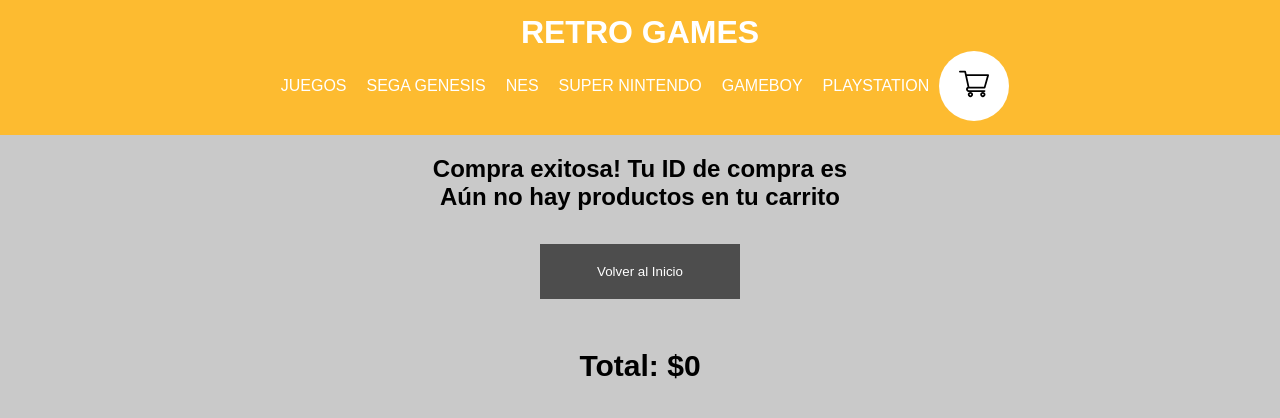
Repository: r-vudama/proyectoEC
Page: /cart
These files come from the project's save history. The page is drawn as it stood at one moment and after a run of saves; the edit follows.
The browser window is 1280 px wide. The pictures show the whole page.
The page's requests for data from a server got no answer. Some web fonts or font styles are not loaded; a fallback is used. The project was rebuilt for these pictures with package versions that can differ from the ones it lists, and the page was loaded fresh each time. No one was signed in, and anything a server would have sent is missing. Also part of the build but not shown: src/components/Item.js, src/components/ItemList.js, src/components/ItemListContainer.js, src/components/ItemCount.js, src/components/ItemDetail.js, src/components/ItemDetailContainer.js, src/components/filter/Sega.js, src/components/filter/Gameboy.js and 3 more.

Above is the page before, as saved 2021-01-23 18:09:10.

After the next 2 saves:
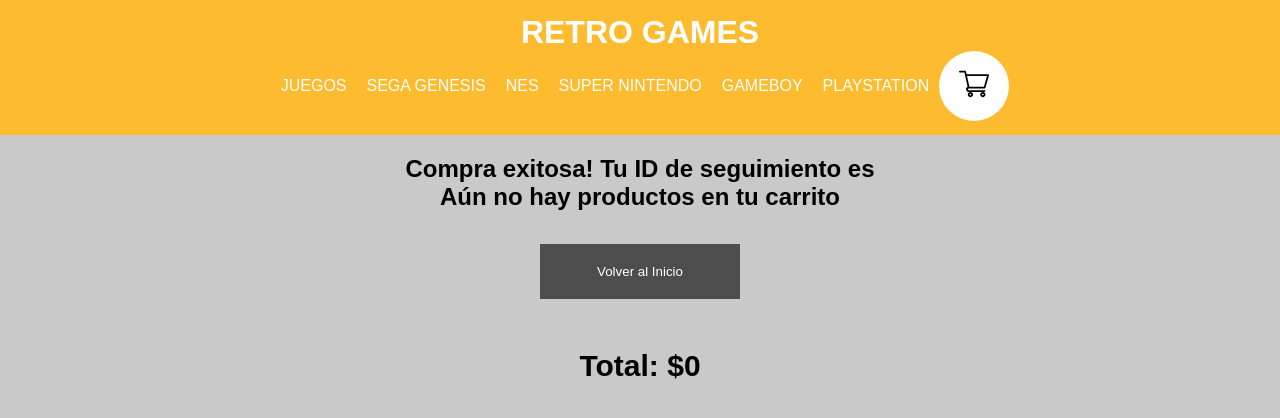
The 2 saves are shown as one change because they came seconds apart.
The last was saved 60 s later.
--- a/src/components/Cart.js
+++ b/src/components/Cart.js
@@ -15,7 +15,7 @@
 
             {carrito.length === 0 ?
                         <>
-                            <h2>Compra exitosa! Tu ID de compra es {compra}</h2>
+                            <h2>Compra exitosa! Tu ID de seguimiento es {compra}</h2>
                             <h2>Aún no hay productos en tu carrito</h2>
                             <br/>
                             <Link to={{pathname: `/`}}>
